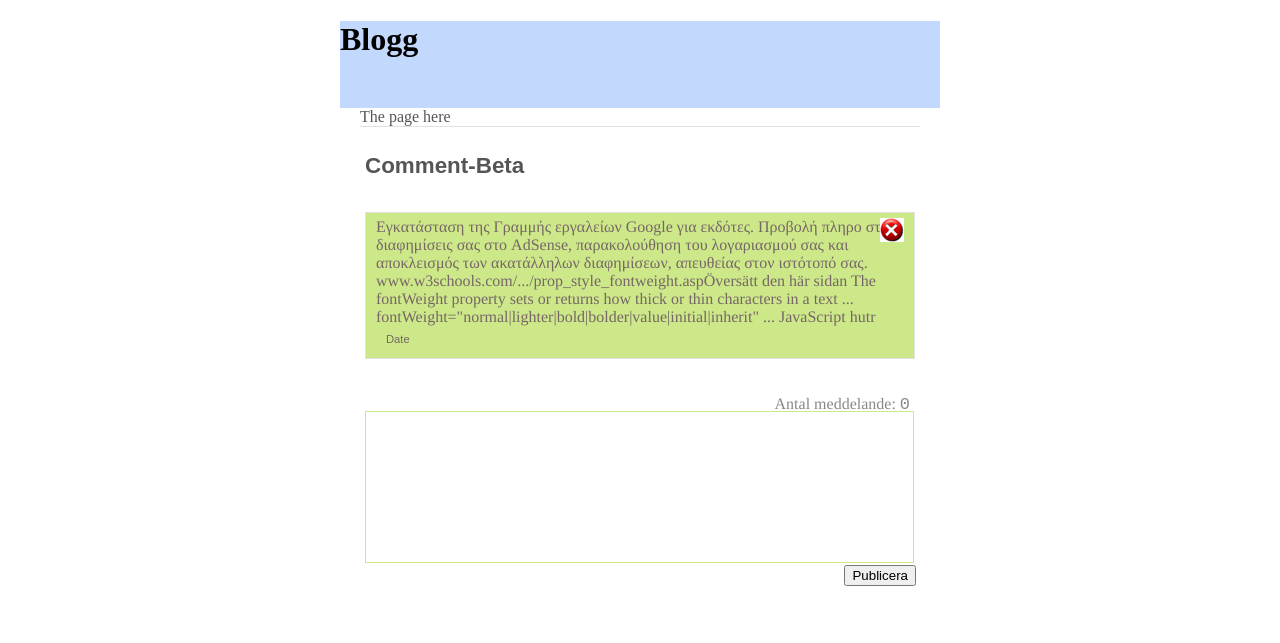
Repository: dn222em/1dv403-laborationer
Page: 2-labbymezzage/index.html
The author's editor kept a record of every edit. The page is drawn from the files as they stood at one moment, then again after the next edit.
The browser window is 1280 px wide. The pictures show the whole page.

Above is the page before.

### 2-labbymezzage/index.html
<!doctype html>
<html lang="sv">
<head>
        <script>
				document.createElement("header");
				document.createElement("hgroup");
				document.createElement("footer");
				document.createElement("article");
				document.createElement("main");
				document.createElement("section");
				document.createElement("nav");
				document.createElement("aside");
				document.createElement("address");
			</script>

        <meta charset="utf-8">
        <title>Labby mezzage</title>
        <link rel="stylesheet" href="style.css" />
        <script type="text/javascript" src="Message.js"></script>
        <script type="text/javascript" src="mess.js"></script>
        <script type="text/javascript" src="init.js"></script>
</head>
<body>
    <div id="container">
        <header>
			<h1>Blogg</h1>
		</header>
    <main>
        <div id="page">
            The page here
        </div>
             <div class="main-comment">
 <h3 class="comment-title">Comment-Beta</h3>
                 <div id="comments-list">
                     <ul id="comment-holder">
                          <li id="comment-holder-li" >
                           <div id="comment-upp-buttons">
                               <div id="comment-date-button">
                                   <ul>
                                        <li><img id="delete-button" class="butt" src="pics/1.png" /></li>
                                   </ul>
                               </div>

                            </div>
                                 Εγκατάσταση της Γραμμής εργαλείων Google για εκδότες. Προβολή πληρο στις διαφημίσεις σας στο AdSense, παρακολούθηση του λογαριασμού σας και αποκλεισμός των ακατάλληλων διαφημίσεων, απευθείας στον ιστότοπό σας.
                               www.w3schools.com/.../prop_style_fontweight.aspÖversätt den här sidan
The fontWeight property sets or returns how thick or thin characters in a text ... fontWeight="normal|lighter|bold|bolder|value|initial|inherit" ... JavaScript hutr
                            <div id="comment-date">
                               <code id="writen-date">Date</code>
                            </div>
                            </li>
                     </ul>
                 </div>
    <p id="count-comments">Antal meddelande: <code id="count-length">0</code></p>
         <div class="comment-box">
            <textarea type="textarea" name="kommentar" id="comment-box"></textarea>
         </div>
         <div id="comment-publish-button">
             <input id="publish-button" type="submit" name="submit" value="Publicera" />
         </div>
             </div>
    </main>
    </div>
</body>

</html>

### 2-labbymezzage/style.css
/*Reset-styleshhet
-----------------------------------------------------------------------------*/
/* http://meyerweb.com/eric/tools/css/reset/
   v2.0 | 20110126
   License: none (public domain)
*/

/*html, body, div, span, applet, object, iframe,
h1, h2, h3, h4, h5, h6, p, blockquote, pre,
a, abbr, acronym, address, big, cite, code,
del, dfn, em, img, ins, kbd, q, s, samp,
small, strike, strong, sub, sup, tt, var,
b, u, i, center,
dl, dt, dd, ol, ul, li,
fieldset, form, label, legend,
table, caption, tbody, tfoot, thead, tr, th, td,
article, aside, canvas, details, embed,
figure, figcaption, footer, header, hgroup,
menu, nav, output, ruby, section, summary,
time, mark, audio, video {
	margin: 0;
	padding: 0;
	border: 0;
	font-size: 100%;
	font: inherit;
	vertical-align: baseline;
}
 HTML5 display-role reset for older browsers
article, aside, details, figcaption, figure,
footer, header, hgroup, menu, nav, section {
	display: block;
}
body {
	line-height: 1;
}
ol, ul {
	list-style: none;
}
blockquote, q {
	quotes: none;
}
blockquote:before, blockquote:after,
q:before, q:after {
	content: '';
	content: none;
}
table {
	border-collapse: collapse;
	border-spacing: 0;
}
/*End of Reset - stylesheet
--------------------------------------------------------------------
/*CSS -Stylesheet
======================================================================================================*/
#container{
    width: 600px;
	background-color:#c2d8fc;
	margin:0 auto;
	padding:0;


}


h1{
	margin-bottom:50px;
}

main {

	background-color: #FFF;
	/*background-color:#E6DEDE;*/
	width: 600px;
	/*border:1px solid black;*/
	margin:10px auto 10px auto;
	height:600px;
	/*margin-bottom: 20px;
	padding:0px;
	padding-right:10px;
	padding-left:10px;*/


}
/*=======================================================p - total comments*/
#count-comments{
	font-size:1em;
	font-family:'Times';
	float:right;
	margin-right:10px;
	margin-bottom:-3px;
	color:#888;
}

#count-length{
	font-size:1.3em;

}

/*=========================================================page*/
#page{
	width:auto;
	height:auto;
	color:#555;
	margin:20px;
	border-bottom:1px solid #e1e1e1;
}

/*==========================================================comment area*/
.main-comment{
	margin:20px;
	/*border:1px solid #e1e1e1;*/
	width:auto;
	height:auto;
	color:#444;

}

.comment-title{
	height:45px;
	line-height:37px;
	font-size:1.4em;
	font-family:'Arial';
	margin:0 5px 0 5px;
	color:#555;

}

/*====================================================posted comments*/
#comments-list{
	font-size:1em;
	font-family:'Times';
	margin:10px 5px 10px 5px;
	color:#555;
	/*border:1px solid #e1e1e1;*/
	color:#766;

}

#comment-holder{
	list-style-type:none;
	margin:0px;
	padding:0px;
	width:auto;
	height:auto;
	overflow:hidden;

}

#comment-date-given{

	height:25px;
	float:left;
	line-height:22px;
	color:red;
	font-size:0.7em;
}



#comment-holder-li{
	list-style-type:none;
	background:white;
	height:auto;
	width:auto;
	margin:10px 0px 10px 0px;
 	border:1px solid #e1e1e1;
 	padding:5px;
 	padding-left:10px;
 	padding-right:10px;
	position:relative;
	background-color:#cce889;
	min-height:80px;

}

#comment-holder-li:hover{
	background-color:#FDB;
}

/*=======================================================date*/
#writen-date{

	font-family:Arial;
	font-size:0.7em;
	position:relative;
	line-height:27px;
	margin:0 0 0 10px;
}

/*========================================================buttons*/
#comment-upp-buttons{
	position:absolute;
	top:0px;
	right:0px;
	width:80px;
	height:24px;
	margin-top:5px;

}

#comment-upp-buttons ul{

    margin: 0;
    padding: 0;
    overflow: hidden;

}

#comment-upp-buttons li{
	float: right;
	/*display: block;
    width: 60px;
    background-color: #dddddd;*/
    display: inline;
	list-style-type: none;
	padding-right: 10px;

}

#date-button, #delete-button{

	width:24px;
	height:24px;
	cursor:pointer;
	padding-left:10px;
	padding-bottom:5px;

}

#date-button:hover{
	-webkit-transform: scale(1.3);
    -moz-transform: scale(1.3);
    transform: scale(1.3);
}

#delete-button:hover{
	-webkit-transform: scale(1.3);
    -moz-transform: scale(1.3);
    transform: scale(1.3);
}


/*==================================================comments textarea*/
.comment-box{
	height:130px;
	width:auto;
	margin:5px;
	margin-right:28px;
	min-height:100px;


}

#comment-box{
	width:100%;
	border:1px solid #cce889;/*#a1a1a1;*/
	color:#223;/*#272426;*/
	padding:10px;
	height:130px;

	position:relative;
	/*resize:vertical;
	resize:horizontal;*/
	resize:none;

}

#comment-box:hover{
	border:2px solid #279521;
}

#comment-publish-button{
	margin-top:51px;
	float:right;
	margin-right:4px;


}
#publish-button{
	/*background-color:#cce889;*/
	cursor:pointer;


}

### 2-labbymezzage/Message.js
/*"use strict";

function Message (message, date){

    this.getText = function () {return message;};
    this.setText = function (_text) { message = _text;};

    this.getDate = function () {return date;};
    this.setDate = function (_date) { };

}

Message.prototype.toString = function (){

    return this.getText() +" (" + this.getDate() + ") ";
};
Message.prototype.getHTMLText = function (){};
Message.prototype.getDateText = function (){};*/

### 2-labbymezzage/mess.js
"use strict";

var MessageBoard  = {

    messages : []





};

### 2-labbymezzage/init.js
"use strict";

/* I denna fil körs vår applikation.
 * Vi använder window.onload för att starta applikationen när
 * fönstret laddat klart. *
 */

window.onload = function(){


    var now = new Date().toLocaleString();
    var publish = document.getElementById("publish-button");
    publish.onclick = createMessage;


    var message = new Message();
	var messages = [];
	var ul = null;//document.createElement("ul");
	var li = null;//document.createElement("li");
	var div1 = null;
	var div2 = null;
	var div3 = null;
	var div4 = null;
	var div5 = null;
	var div6 = null;
	var div7 = null;
    var paragr = document.getElementById("count-comments");//.removeChild(div6);




	ul = document.createElement("ul");
	document.getElementById("comments-list").appendChild(ul);
	ul.id = "comment-holder";




    function createMessage(){

		message.setText(document.getElementById("comment-box").value);

		if(message.message === "" || document.getElementById("comment-box").value.trim() ===""){
            document.getElementById("comment-box").style.backgroundColor =" #e1e1e1";
            document.getElementById("comment-box").style.border="1px solid red";
            document.getElementById("comment-box").value = "Du måste skriva något för att kommentera";

            var delay=1000;

            setTimeout(function(){
                document.getElementById("comment-box").style.backgroundColor ="white";
                document.getElementById("comment-box").style.border = "1px solid #cce889";
		        document.getElementById("comment-box").value = "";
            },delay);
		return;
		}

		message.setDate(now);  //= now;
		console.log(message);
		messages.push(message);

		createElements(message);
		console.log(messages.length);
		console.log(messages);
		document.getElementById("comment-box").value = null;

		return messages.length;

    }

    function createElements(message){

        div6 = document.getElementById("count-length");
        paragr.removeChild(div6);


	    li = document.createElement("li");
    	document.getElementById("comment-holder").appendChild(li);

        li.innerHTML = message.message;
	    li.id = "comment-holder-li";
	    ul.appendChild(li);


	    div1 = document.createElement("div");
        document.getElementById("comment-holder-li").appendChild(div1);
        div1.id = "comment-upp-buttons";
        div1.innerHTML;
        li.appendChild(div1);

        div2 = document.createElement("ul");
        document.getElementById("comment-upp-buttons").appendChild(div2);
        div2.id = "div2";
        div2.innerHTML;
        div1.appendChild(div2);

        div3 = document.createElement("li");
        document.getElementById("div2").appendChild(div3);
        div3.id = "div3";
        div3.innerHTML;
        div2.appendChild(div3);

        div4 = document.createElement("img");
        document.getElementById("div3").appendChild(div4);
        div4.id = "delete-button";
        div4.innerHTML;
        div3.appendChild(div4);
        div3.appendChild(div4);
        div4.setAttribute("src", "pics/1.png");

        div5 = document.createElement("img");
        document.getElementById("delete-button").appendChild(div5);
        div5.id = "date-button";
        div3.appendChild(div5);
        div5.innerHTML;
        div5.setAttribute("src", "pics/2.png");
        writen-date
        div7 = document.createElement("code");
        document.getElementById("delete-button").appendChild(div7);
        div5.appendChild(div7);
        div7.id = "writen-date";
        div5.appendChild(div7);
        div6.innerHTML= messages.date;


        div6.innerHTML= messages.length;

        div6 = document.createElement("code");
        document.getElementById("count-comments").appendChild(div6);
        div6.id = "count-length";
        paragr.appendChild(div6);

        div6.innerHTML= messages.length;


	    //return li;
	}

    function Message (message, date){

        this.message;
        this.date;
    }

    Message.prototype.getText = function(){
        return this.message;
    };

    Message.prototype.setText = function(newText){

        if(typeof newText ==="undefined" || newText.trim() ===""){

            console.log("Textarean är tom!");
        }

        this.message = newText;
    };

     Message.prototype.getDate = function(){
        return this.date;
    };
    Message.prototype.setDate = function(newDate){

       this.date = newDate;
    };


};

After the next edit:
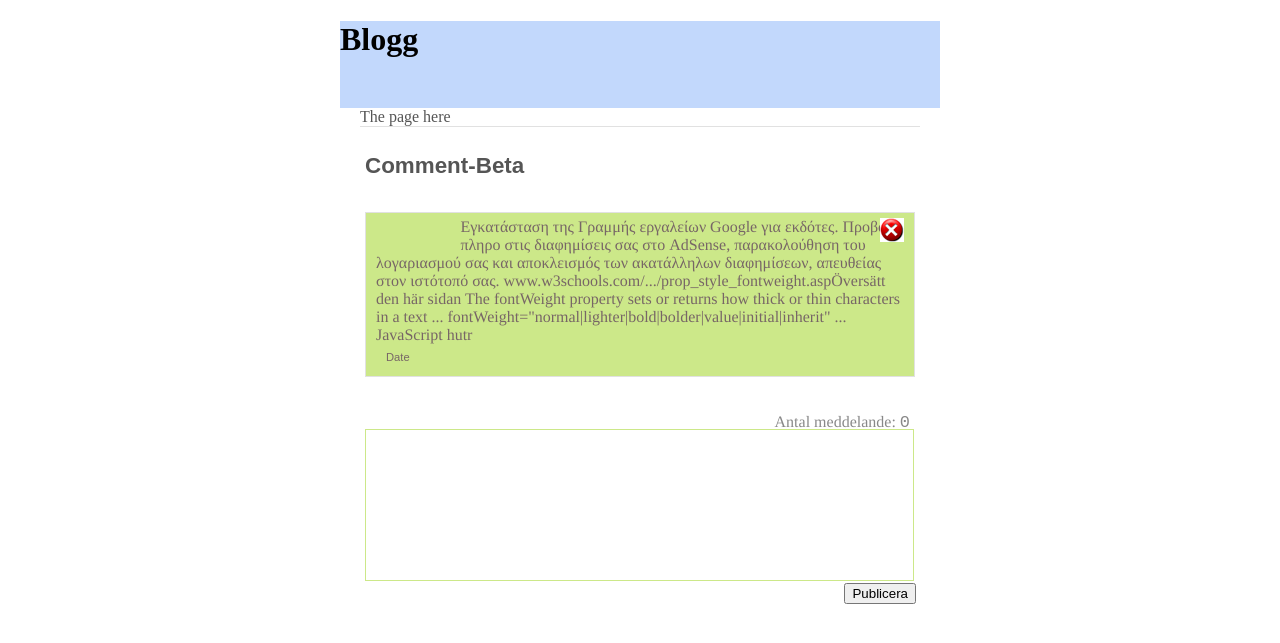
The edit:
--- a/2-labbymezzage/index.html
+++ b/2-labbymezzage/index.html
@@ -33,6 +33,9 @@
  <h3 class="comment-title">Comment-Beta</h3>
                  <div id="comments-list">
                      <ul id="comment-holder">
+                            <div id="comment-date">
+               <h3 id="comment-date-given">2014-11-28 18:43:41</h3>
+                               </div>
                           <li id="comment-holder-li" >
                            <div id="comment-upp-buttons">
                                <div id="comment-date-button">
